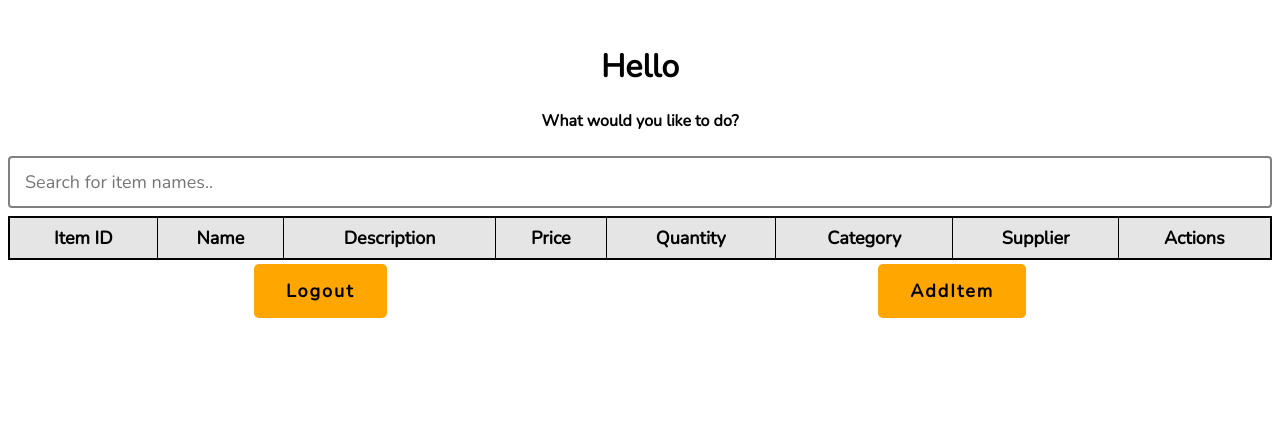
Repository: arshad-shah/Software-enginnering-3-software-patterns
Page: http://localhost/InventorySystemApp/inventory.jsp
An editor plug-in stored every save of this project. The page is shown before and after the next save, followed by the edit.
The browser window is 1280 px wide. The pictures show the whole page.
The page is served by Tomcat 9.

Above is the page before, as saved 2021-11-23 11:45:27.

After the next save:
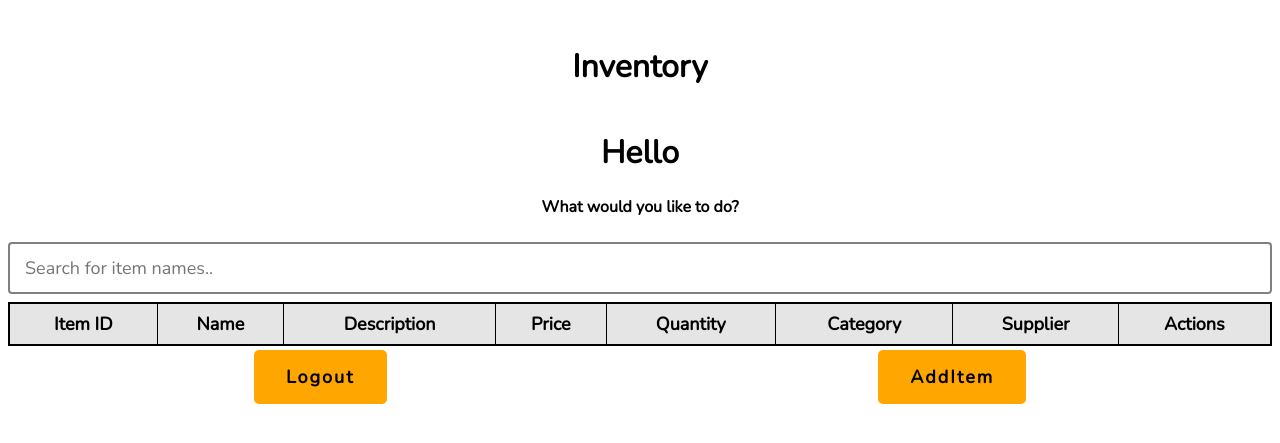
Saved 18 s later.
--- a/workspace/InventorySystemApp/WebContent/inventory.jsp
+++ b/workspace/InventorySystemApp/WebContent/inventory.jsp
@@ -17,6 +17,7 @@ pageEncoding="ISO-8859-1"%>
   <body>
     <c:set var="user" value="${sessionScope.user}" />
     <div class="inventoryHeader">
+    <h1>Inventory</h1>
     <h1><b>Hello <c:out value="${user}" /></b></h1>
     	<b>What would you like to do?</b>
     </div>
